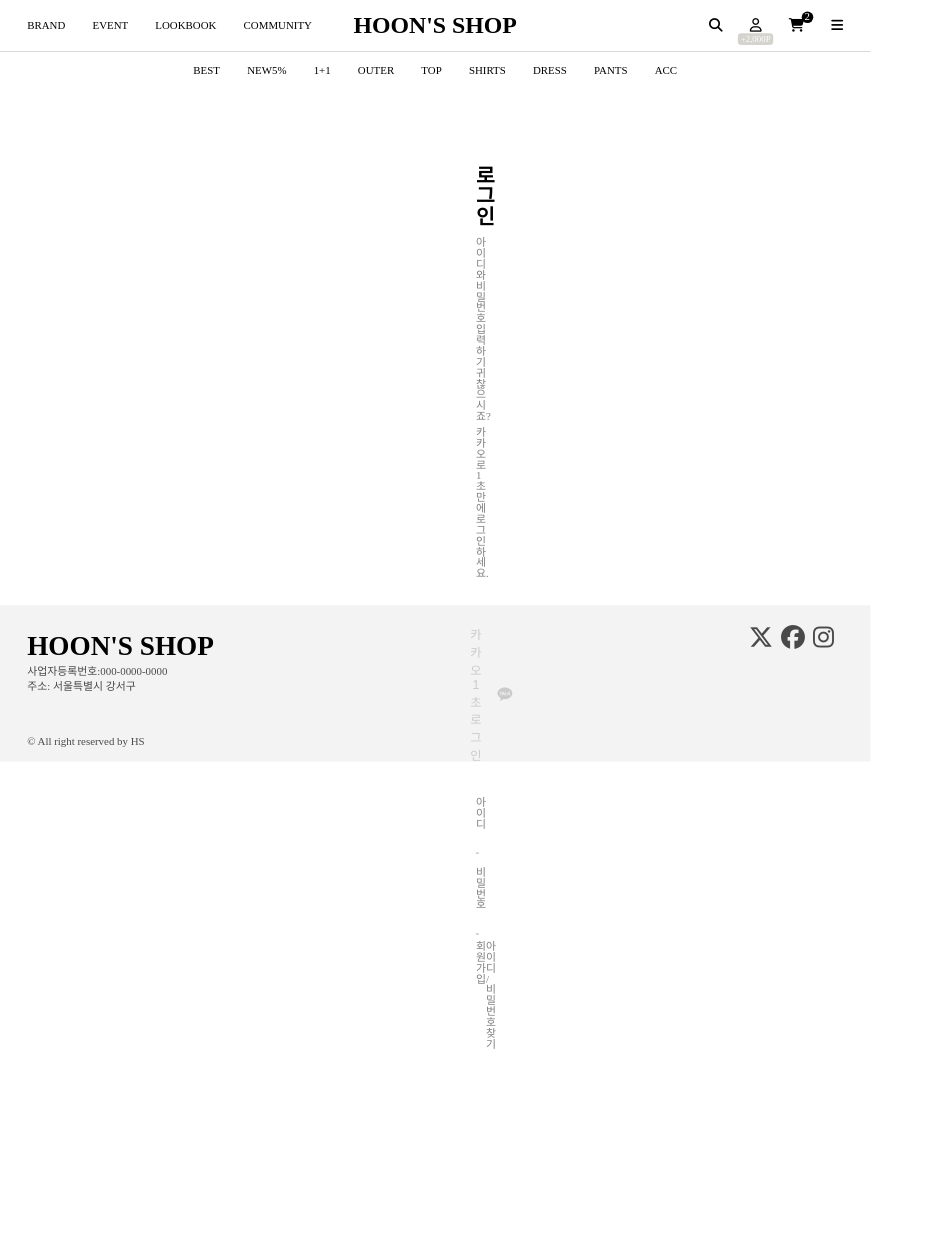
Repository: Iimchaehoon/cafeProject
Page: login.html
An editor plug-in stored every save of this project. The page is shown before and after the next save, followed by the edit.
The browser window is 1280 px wide. The page is 1400 px wide, then 1280 px, so the pictures cover 1400 px, including what lies to the right of the window. The pictures show the whole page, at 68% of full size.
Some web fonts or font styles are not loaded; a fallback is used. Some web libraries are served in a nearby version.

Above is the page before, as saved 2024-07-31 19:50:59.

After the next save:
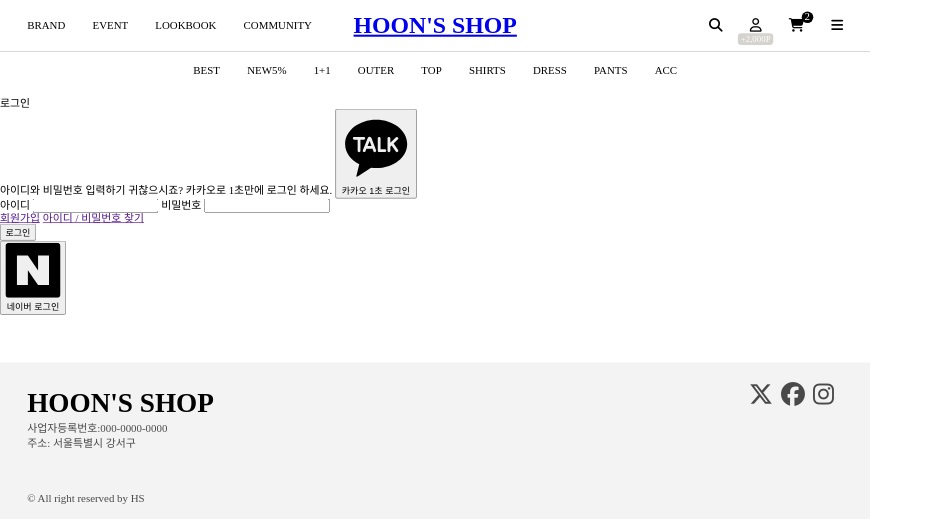
Saved 27 s later.
--- a/login.html
+++ b/login.html
@@ -4,7 +4,7 @@
     <meta charset="UTF-8" />
     <meta name="viewport" content="width=device-width, initial-scale=1.0" />
     <title>Document</title>
-    <link rel="stylesheet" href="/src/css/pages/login.css" />
+    <link rel="stylesheet" href="./css/pages/main.css" />
     <script
       src="https://kit.fontawesome.com/1e606f2a97.js"
       crossorigin="anonymous"
